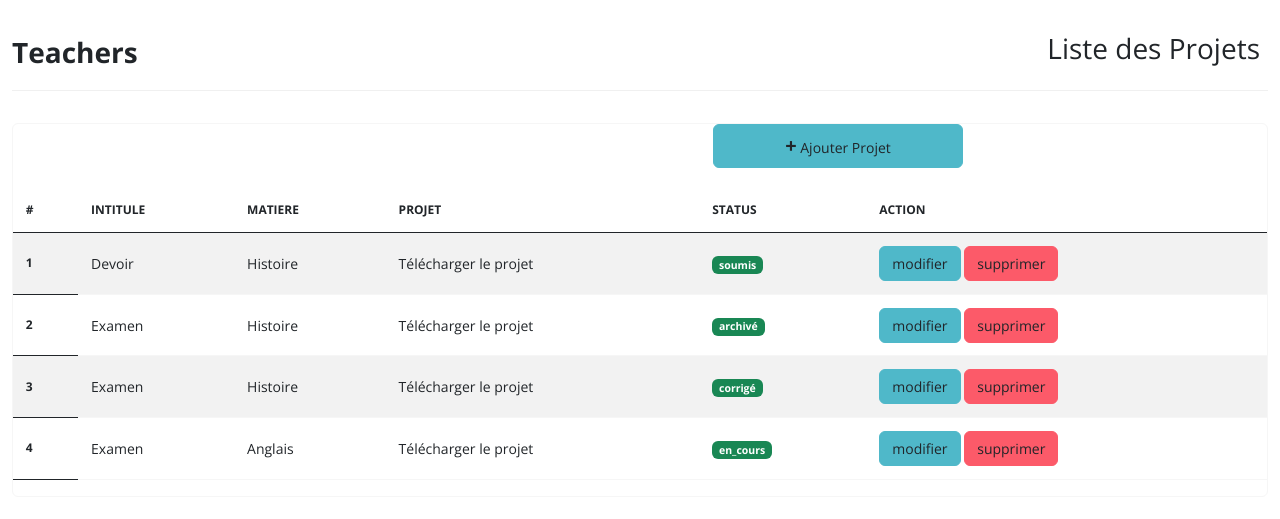
Repository: dimitri0004/Moodle
Page: http://localhost/enseignant/projet/
These files come from the project's save history. The page is drawn as it stood at one moment and after the next save; the edit follows.
The browser window is 1280 px wide. The pictures show the whole page.
The page is served by the project's application, run on Django 4.2 (manage.py). The database holds what the project's SQL file puts in it.

Above is the page before, as saved 2023-08-19 03:44:08.
Console error: TypeError: Cannot set properties of null (setting 'innerHTML')

After the next save:
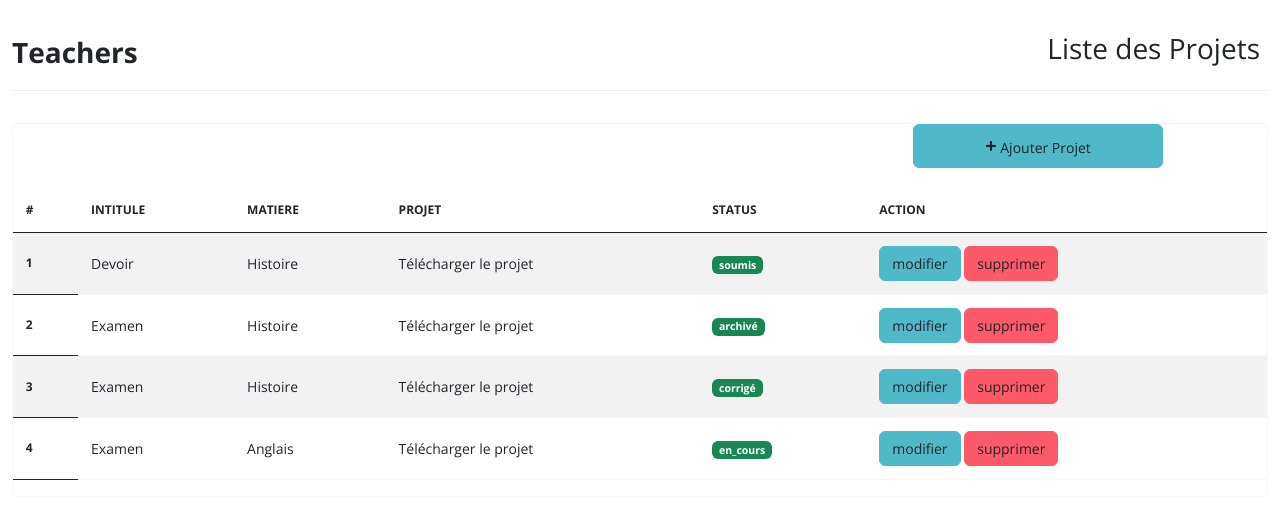
Saved 17 s later.
--- a/templates/Enseignant/Projet/index.html
+++ b/templates/Enseignant/Projet/index.html
@@ -20,7 +20,7 @@
             <div class="col">
                 <h3></h3>
                 <div class="card teacher-card">
-                <a href="{% url 'ajouter_projet' %}" style="width: 250px; margin-left:700px;margin-bottom:5px" class="btn btn-info"><strong style="font-size: 20px; ">+</strong> Ajouter Projet</a>
+                <a href="{% url 'ajouter_projet' %}" style="width: 250px; margin-left:900px;margin-bottom:5px" class="btn btn-info"><strong style="font-size: 20px; ">+</strong> Ajouter Projet</a>
                     <p class=" alert-success">{{ message }}</p>
 
 
